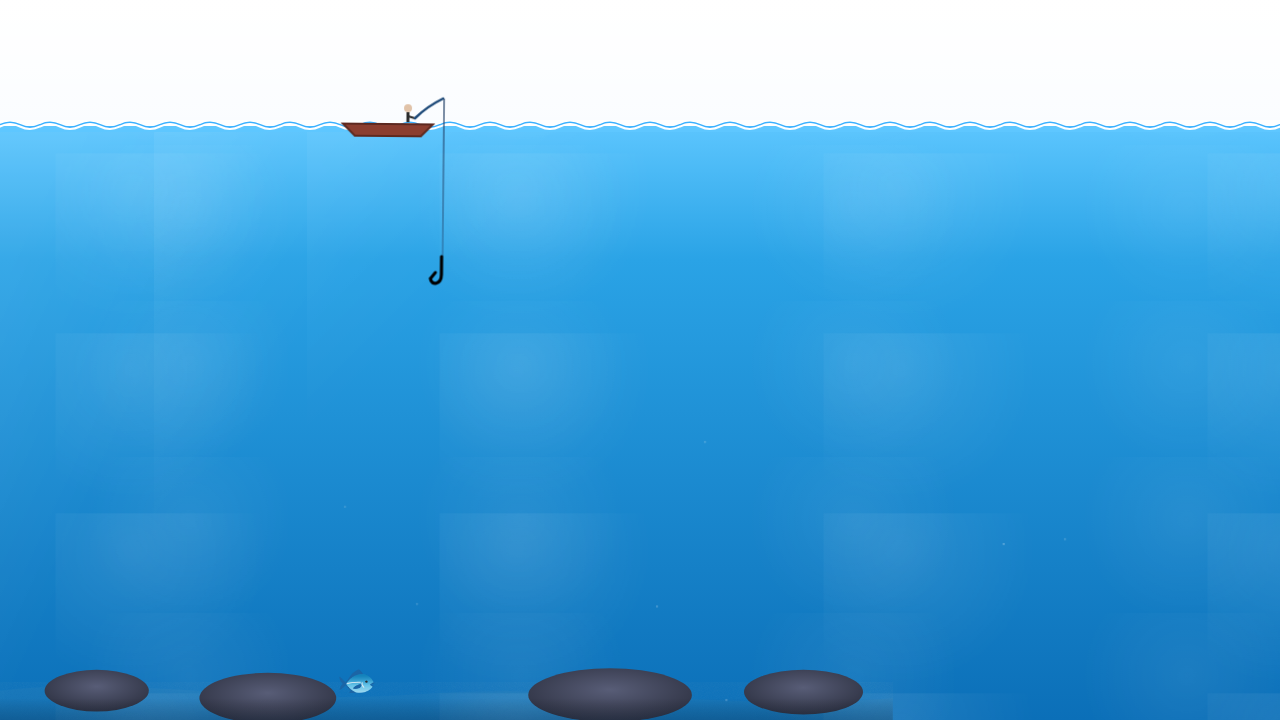
Repository: DeepFriedTurkey441/fd_game_project
Page: index.html
These files come from the project's save history. The page is drawn as it stood at one moment and after the next save; the edit follows.
The browser window is 1280 px wide. The pictures show the whole page.

Above is the page before, as saved 2025-09-23 09:09:02.

### index.html
<!DOCTYPE html>
<html lang="en">
<head>
  <meta charset="UTF-8">
  <title>Fish Dodge</title>
  <link rel="stylesheet" href="style.css">
</head>
<body>
  <div id="game">
    <div id="air" aria-hidden="true"></div>
    <div id="waterline" aria-hidden="true"></div>
    <!-- Decorative background layers (non-interactive) -->
    <div id="light-rays" aria-hidden="true"></div>
    <div id="caustics" aria-hidden="true"></div>
    <!-- Realistic aquarium background (SVG) built from reusable symbols -->
    <svg id="aquarium-bg" viewBox="0 0 1200 600" preserveAspectRatio="none" aria-hidden="true">
      <defs>
        <!-- gradients -->
        <linearGradient id="sandGrad" x1="0" y1="0" x2="0" y2="1">
          <stop offset="0%" stop-color="#f8ebc9"/>
          <stop offset="60%" stop-color="#e7d2a2"/>
          <stop offset="100%" stop-color="#c6a773"/>
        </linearGradient>
        <radialGradient id="rockGrad" cx="50%" cy="40%" r="60%">
          <stop offset="0%" stop-color="#585d77"/>
          <stop offset="100%" stop-color="#303445"/>
        </radialGradient>
        <linearGradient id="leafGreen" x1="0" y1="1" x2="0" y2="0">
          <stop offset="0%" stop-color="#008c3b"/>
          <stop offset="55%" stop-color="#00e676"/>
          <stop offset="100%" stop-color="#a8ffbf"/>
        </linearGradient>
        <linearGradient id="leafRed" x1="0" y1="1" x2="0" y2="0">
          <stop offset="0%" stop-color="#b00020"/>
          <stop offset="55%" stop-color="#ff1744"/>
          <stop offset="100%" stop-color="#ffd1d1"/>
        </linearGradient>
        <linearGradient id="leafPurple" x1="0" y1="1" x2="0" y2="0">
          <stop offset="0%" stop-color="#5a00d1"/>
          <stop offset="55%" stop-color="#d500f9"/>
          <stop offset="100%" stop-color="#ffd6ff"/>
        </linearGradient>
        <!-- subtle sand grain -->
        <filter id="grain" x="-10%" y="-10%" width="120%" height="120%">
          <feTurbulence type="fractalNoise" baseFrequency="0.9" numOctaves="2" result="noise"/>
          <feColorMatrix type="saturate" values="0" in="noise" result="gn"/>
          <feBlend in="SourceGraphic" in2="gn" mode="multiply"/>
          <feComponentTransfer>
            <feFuncA type="linear" slope="0.06"/>
          </feComponentTransfer>
        </filter>
        <!-- plant blade symbol (curved) -->
        <symbol id="plantBlade" viewBox="0 0 20 200">
          <path d="M10 200 C 14 130, 4 90, 12 40 C 14 26, 8 14, 10 0" fill="none" stroke="url(#leafGreen)" stroke-width="4" stroke-linecap="round"/>
        </symbol>
        <!-- broad leaf symbol -->
        <symbol id="leafBroad" viewBox="0 0 30 200">
          <path d="M15 200 C 28 130, 8 90, 26 40 C 22 20, 16 10, 15 0 C 14 10, 8 20, 4 40 C 12 90, -2 130, 15 200 Z" fill="url(#leafPurple)"/>
        </symbol>
        <!-- red leaf symbol -->
        <symbol id="leafRedSym" viewBox="0 0 26 200">
          <path d="M13 200 C 22 120, 6 90, 20 40 C 18 18, 14 8, 13 0 C 12 8, 8 18, 6 40 C 10 90, 2 120, 13 200 Z" fill="url(#leafRed)"/>
        </symbol>
      </defs>
      <!-- sand with gentle curvature and grain -->
      <path d="M0 560 C 180 540, 360 580, 560 565 C 780 548, 980 590, 1200 570 L 1200 600 L 0 600 Z" fill="url(#sandGrad)" filter="url(#grain)"/>
      <!-- rocks with gradient and shadow -->
      <g>
        <ellipse cx="130" cy="560" rx="70" ry="28" fill="url(#rockGrad)"/>
        <ellipse cx="360" cy="570" rx="92" ry="34" fill="url(#rockGrad)"/>
        <ellipse cx="820" cy="566" rx="110" ry="36" fill="url(#rockGrad)"/>
        <ellipse cx="1080" cy="562" rx="80" ry="30" fill="url(#rockGrad)"/>
      </g>
      <!-- dynamic plant clusters populated by script -->
      <g id="plants" transform="translate(0,0)"></g>
      <!-- bottom vignette (soft fade, no hard cutoff) -->
      <linearGradient id="bottomFog" x1="0" y1="0" x2="0" y2="1">
        <stop offset="0%" stop-color="rgba(0,0,0,0)"/>
        <stop offset="100%" stop-color="rgba(0,25,50,0.22)"/>
      </linearGradient>
      <rect x="0" y="570" width="1200" height="30" fill="url(#bottomFog)"/>
    </svg>
    <div class="boat" aria-label="small fishing boat" title="Fishing boat" style="left: 26vw;">
      <svg viewBox="0 0 120 60" xmlns="http://www.w3.org/2000/svg" aria-hidden="true">
        <!-- hull -->
        <path d="M10 40 L100 40 L88 52 L22 52 Z" fill="#8b3e2f" stroke="#5e291f" stroke-width="2"/>
        <!-- fisherman (simple) -->
        <circle cx="75" cy="24" r="4" fill="#e0c2a8"/>
        <path id="arm" d="M75 28 L75 38" stroke="#2b2b2b" stroke-width="3"/>
        <path id="rod" d="M75 32 L82 34" stroke="#2b2b2b" stroke-width="2"/>
        <!-- fishing rod (angled out over water) -->
        <path d="M82 34 Q 94 22 110 14" stroke="#1f4b7a" stroke-width="2.5" fill="none" stroke-linecap="round"/>
      </svg>
      <div class="line" aria-hidden="true"></div>
      <svg class="hook" aria-hidden="true" viewBox="0 0 24 36">
        <!-- J‑shaped hook: black stroke, no fill -->
        <path d="M16 2 V20 C16 30 6 32 5 24" fill="none" stroke="#000" stroke-width="3.2" stroke-linecap="round"/>
        <!-- Barb -->
        <path d="M6 23 L10 18" fill="none" stroke="#000" stroke-width="3" stroke-linecap="round"/>
      </svg>
    </div>
    <div id="fish" aria-label="fish"><span class="sprite" aria-hidden="true">🐟</span></div>
    <!-- Soft ambient bubbles -->
    <div id="bubbles" aria-hidden="true"></div>
  </div>
  <script src="script.js"></script>
</body>
</html>

### style.css
/* Basic starter styling */
body {
    margin: 0;
    font-family: sans-serif;
    background-color: #0a3454;
    color: #fff;
  }

#game {
    position: relative;
    width: 100vw;
    height: 100vh;
    overflow: hidden;
    background: linear-gradient(#f9fbff 0%, #eaf3ff 16.66%, #5ec7ff 16.66%, #2aa3e6 36%, #0b6fb8 100%);
  }

/* Air overlay (top 1/6) to ensure a whitish sky */
#air {
    position: absolute;
    left: 0; right: 0;
    top: 0;
    /* Extend slightly past the waterline so crests have white behind them */
    height: calc(100vh / 6 + 12px);
    background: linear-gradient(to bottom, rgba(255,255,255,0.98), rgba(255,255,255,0.75));
    z-index: 1;
    pointer-events: none;
  }

/* Waterline at 1/6 of the viewport height from the top */
#waterline {
    position: absolute;
    left: 0; right: 0;
    top: calc(100vh / 6);
    height: 12px;
    z-index: 2;
    pointer-events: none;
    /* Squiggly wave on top of a 2-color band: white above, light blue below */
    background:
      url("data:[embedded picture, 376 characters]") repeat-x center,
      linear-gradient(to bottom, rgba(255,255,255,0.98) 0%, rgba(255,255,255,0.98) 50%, rgba(94,199,255,1) 50%, rgba(94,199,255,1) 100%);
    background-size: 80px 12px, 100% 100%;
  }

/* Boat at surface */
  .boat {
    position: absolute;
    top: calc(100vh / 6 - 34px); /* float a bit higher above ripple */
    width: 120px; height: 60px;
    transform-origin: 50% 50%;
    animation: bob 3.2s ease-in-out infinite;
    z-index: 6; /* above reefs; fish swims under */
    pointer-events: none;
  }
  .boat svg { width: 100%; height: 100%; display: block; }
  /* (reverted) */

/* Realistic aquarium background container */
#aquarium-bg { position:absolute; left:0; right:0; bottom:0; height: 62vh; z-index:1; pointer-events:none; }
/* Plant sway animations */
.sway { animation: sway 6s ease-in-out infinite; transform-origin: 50% 100%; }
.sway.slow { animation-duration: 8.5s; }
.sway.fast { animation-duration: 4.5s; }
@keyframes sway {
  0% { transform: rotate(0deg); }
  25% { transform: rotate(2.2deg); }
  50% { transform: rotate(-2.8deg); }
  75% { transform: rotate(1.6deg); }
  100% { transform: rotate(0deg); }
}

/* God-rays */
#light-rays { position: absolute; left:0; right:0; top: calc(100vh/6); bottom:0; pointer-events:none; z-index:1;
  background:
    linear-gradient(115deg, rgba(255,255,255,0.12) 10%, rgba(255,255,255,0.0) 35%) 0 0/40% 100% no-repeat,
    linear-gradient(125deg, rgba(255,255,255,0.10) 8%, rgba(255,255,255,0.0) 32%) 20% 0/40% 100% no-repeat,
    linear-gradient(135deg, rgba(255,255,255,0.08) 6%, rgba(255,255,255,0.0) 28%) 40% 0/40% 100% no-repeat;
  mix-blend-mode: screen;
  opacity: 0.5;
}

/* Caustic shimmer */
#caustics { position:absolute; left:0; right:0; top: calc(100vh/6); bottom:0; pointer-events:none; z-index:1;
  background: radial-gradient(circle at 20% 20%, rgba(255,255,255,0.08) 0%, rgba(255,255,255,0) 40%) 0 0/30% 30% repeat,
              radial-gradient(circle at 70% 40%, rgba(255,255,255,0.06) 0%, rgba(255,255,255,0) 42%) 0 0/26% 26% repeat;
  animation: causticDrift 18s linear infinite;
}
@keyframes causticDrift {
  0% { background-position: 0 0, 0 0; }
  100% { background-position: 200px 120px, -160px 90px; }
}

/* Seafloor gradient to deepen bottom */
#seafloor { position:absolute; left:0; right:0; bottom:0; height: 16vh; pointer-events:none; z-index:1;
  background: linear-gradient(to bottom, rgba(0,0,0,0) 0%, rgba(0,0,0,0.25) 100%);
}
  .boat .line {
    position: absolute;
    left: 110px; /* exact rod tip in SVG coords */
    top: 14px;
    width: 2px;
    height: calc(100vh - (100vh / 6)); /* down to bottom */
    background: linear-gradient(to bottom, rgba(30,60,100,0.6), rgba(30,60,100,0.3));
    transform-origin: top;
    z-index: 4; /* between reefs and fish */
  }
  .boat .hook {
    position: absolute;
    left: 100px; /* adjusted for SVG viewBox */
    top: 14px;
    width: 24px; height: 36px;
    z-index: 5;
    display: block;
  }
  .boat .hook path { vector-effect: non-scaling-stroke; }

@keyframes bob {
  0%   { transform: translateY(0) rotate(-0.6deg); }
  50%  { transform: translateY(-2px) rotate(0.6deg); }
  100% { transform: translateY(0) rotate(-0.6deg); }
}

#fish {
    position: absolute;
    left: 24px;
    top: 50vh;
    transform: translateY(-50%);
    font-size: 32px;
    line-height: 1;
    user-select: none;
    z-index: 5;
  }
/* Ambient bubbles */
#bubbles { position:absolute; left:0; right:0; top: calc(100vh/6); bottom:0; pointer-events:none; z-index:2; }
#bubbles::before, #bubbles::after { content:""; position:absolute; left:10%; bottom:6vh; width:2px; height:2px; background:transparent;
  box-shadow:  0 0 0 0 rgba(255,255,255,0.7),
               40vw 10vh 0 0 rgba(255,255,255,0.6),
               20vw 30vh 0 0 rgba(255,255,255,0.5),
               65vw 22vh 0 0 rgba(255,255,255,0.6),
               80vw 12vh 0 0 rgba(255,255,255,0.5),
               15vw 18vh 0 0 rgba(255,255,255,0.5);
  animation: bubbleUp 8s linear infinite;
}
#bubbles::after { left:35%; animation-duration: 12s; opacity:0.8; }
@keyframes bubbleUp {
  0% { transform: translateY(0) scale(1); opacity: 0.0; }
  10% { opacity: 0.6; }
  100% { transform: translateY(-70vh) scale(1.2); opacity: 0; }
}
  #fish .sprite { display: inline-block; font-size: 32px; width: 1em; height: 1em; }
  /* Emoji orientation mappings */
  /* Most platforms render 🐟 facing left by default (head on left). */
  #fish .face-left { transform: scaleX(1); }
  #fish .face-right { transform: scaleX(-1); }

### script.js
// Fish movement prototype: slow downward drift, space = up/forward, 3 speeds (←/→)
(function () {
  const fish = document.getElementById('fish');
  const sprite = fish ? fish.querySelector('.sprite') : null;
  const boat = document.querySelector('.boat');
  const lineEl = boat ? boat.querySelector('.line') : null;
  const hookEl = boat ? boat.querySelector('.hook') : null;
  const plantsGroup = document.querySelector('#aquarium-bg #plants');
  // (reverted) no rod group rotation
  const armPath = boat ? boat.querySelector('#arm') : null;
  const rodPath = boat ? boat.querySelector('#rod') : null;
  if (!fish) return;

  // Ensure fish faces right
  // using CSS flip on child span; no need to set text here

  const BASE_SPEEDS = [1, 3, 6];
  let speedIndex = 0;
  let dir = 1; // 1 = left→right, -1 = right→left
  let speed = BASE_SPEEDS[speedIndex]; // signed pixels/frame after scaling

  let x = 24;
  let y = window.innerHeight * 0.5;
  let vy = 0;
  let spacePressed = false;
  let paused = false;
  function getFishHalfHeight() {
    try {
      const rect = (sprite || fish).getBoundingClientRect();
      return Math.max(8, (rect.height || 32) / 2);
    } catch (_) {
      return 16; // fallback for early frames
    }
  }

  // Tunables
  function scale() { return Math.max(0.8, Math.min(2.0, window.innerWidth / 1200)); }
  function gravity() { return 0.12 * scale(); } // slow drift downward
  function maxFall() { return 3.0 * scale(); }
  function maxRise() { return -4.0 * scale(); }

  function wrapX(nx) {
    const w = window.innerWidth;
    if (nx > w) return nx - w;
    if (nx < 0) return nx + w;
    return nx;
  }

  function updateSpeed() {
    speed = dir * (BASE_SPEEDS[speedIndex] * scale());
    // Update facing based on direction
    if (sprite) {
      if (dir === 1) {
        sprite.classList.remove('face-left');
        sprite.classList.add('face-right');
      } else {
        sprite.classList.remove('face-right');
        sprite.classList.add('face-left');
      }
    }
  }

  function loop() {
    if (paused) { requestAnimationFrame(loop); return; }
    // Horizontal progress
    x = wrapX(x + speed);

    // Vertical physics
    if (spacePressed) {
      vy = Math.max(maxRise(), vy - 0.45 * scale());
    } else {
      vy = Math.min(maxFall(), vy + gravity());
    }
    // Compute waterline as top at 1/6 viewport height
    const waterlineY = window.innerHeight / 6;
    // Keep the fish's center at least one pixel below the waterline + half its height
    const halfH = getFishHalfHeight();
    const topClamp = Math.max(0, waterlineY + halfH + 1);
    const bottomClamp = window.innerHeight - 40;
    y = Math.max(topClamp, Math.min(bottomClamp, y + vy));

    // Render
    fish.style.left = x + 'px';
    fish.style.top = y + 'px';

    // Simple jig animation for hook: hold near bottom, then hop upward irregularly
    animateHook();

    requestAnimationFrame(loop);
  }

  // --- Populate plant clusters to fill width ---
  function createUse(href, attrs) {
    const el = document.createElementNS('http://www.w3.org/2000/svg', 'use');
    el.setAttributeNS('http://www.w3.org/1999/xlink', 'href', href);
    for (const [k, v] of Object.entries(attrs)) el.setAttribute(k, String(v));
    return el;
  }
  function addCluster(x) {
    const g = document.createElementNS('http://www.w3.org/2000/svg', 'g');
    g.setAttribute('transform', `translate(${x},0)`);
    g.appendChild(createUse('#plantBlade', { x: 0, y: 398, class: 'sway' }));
    g.appendChild(createUse('#leafBroad', { x: 24, y: 390, class: 'sway fast' }));
    g.appendChild(createUse('#leafRedSym', { x: 58, y: 390, class: 'sway' }));
    g.appendChild(createUse('#plantBlade', { x: 86, y: 404, class: 'sway slow' }));
    plantsGroup.appendChild(g);
  }
  function layoutPlants() {
    if (!plantsGroup) return;
    while (plantsGroup.firstChild) plantsGroup.removeChild(plantsGroup.firstChild);
    // approximate cluster width ~120px; add one off-screen left and right to avoid clipping
    const viewWidth = 1200; // SVG viewBox width
    const clusterW = 120;
    const start = -clusterW; // begin slightly off-left
    for (let x = start; x <= viewWidth; x += clusterW) addCluster(x);
  }

  // --- Fishing line + hook motion ---
  let hookState = { phase: 'drop', targetY: 0, lastChange: 0 };
  // (reverted) no cast state
  const FEATURES = {
    casting: (new URL(location.href).searchParams.get('cast') === '1') ||
             (localStorage.getItem('fd_casting') === '1')
  };
  document.addEventListener('keydown', e => {
    if (e.key === 'C') {
      FEATURES.casting = !FEATURES.casting;
      localStorage.setItem('fd_casting', FEATURES.casting ? '1' : '0');
      location.reload();
    }
  });

  // Dynamic grouping for casting when flag is ON
  let rodGroup = null;
  if (boat && FEATURES.casting && armPath && rodPath) {
    try {
      const svg = boat.querySelector('svg');
      rodGroup = document.createElementNS('http://www.w3.org/2000/svg', 'g');
      rodGroup.setAttribute('id', 'rodGroup');
      rodGroup.appendChild(armPath);
      rodGroup.appendChild(rodPath);
      svg.insertBefore(rodGroup, svg.firstChild.nextSibling);
      rodGroup.style.transformOrigin = '75px 32px';
    } catch (_) { rodGroup = null; }
  }
  function animateHook() {
    if (!lineEl || !hookEl) return;
    const now = performance.now();
    const waterTop = window.innerHeight / 6;
    const bottom = window.innerHeight - 4;
    // Anchor positions at rod tip in page coords
    const boatRect = boat.getBoundingClientRect();
    const rodTip = { x: boatRect.left + 110, y: boatRect.top + 14 };
    // Hook SVG geometry (viewBox 0 0 24 36): eye at roughly (16, 2)
    const HOOK_EYE_X = 16; // px within SVG
    const HOOK_EYE_Y = 2;  // px within SVG
    if (hookState.phase === 'drop') {
      // Ensure line spans to bottom and hook sits near bottom
      lineEl.style.height = (bottom - rodTip.y) + 'px';
      // Position hook so its eye aligns with the line X and starts at bottom
      hookEl.style.left = (rodTip.x - boatRect.left - HOOK_EYE_X) + 'px';
      hookEl.style.top = (rodTip.y - boatRect.top + (bottom - rodTip.y) - (HOOK_EYE_Y + 2)) + 'px';
      hookState.phase = 'jig';
      hookState.lastChange = now;
      hookState.targetY = bottom - 30;
      // Trigger a one-time cast animation when flag is ON
      if (FEATURES.casting) startCast(now);
      return;
    }
    // Jigging: random small upward hops, then fall back
    const hookRect = hookEl.getBoundingClientRect();
    const hookY = hookRect.top + hookRect.height / 2;
    if (now - hookState.lastChange > 600 + Math.random() * 600) {
      hookState.targetY = Math.max(waterTop + 60, hookY - (30 + Math.random() * 60));
      hookState.lastChange = now;
    }
    // Move toward targetY smoothly
    const dy = (hookState.targetY - hookY) * 0.14;
    const newTop = hookY + dy;
    const maxTop = bottom - 12;
    const clampedTop = Math.min(maxTop, Math.max(waterTop + 40, newTop));
    // Position hook (absolute within boat) using page→boat coordinates
    const newHookTop = clampedTop - hookRect.height / 2;
    // Keep hook horizontally anchored so the eye stays on the line
    hookEl.style.left = (rodTip.x - boatRect.left - HOOK_EYE_X) + 'px';
    hookEl.style.top = (newHookTop - boatRect.top) + 'px';

    // Reel-in effect: simply shorten the line element height to the hook
    const hookEyePageY = (newHookTop + HOOK_EYE_Y); // page Y for hook eye
    const visibleHeight = Math.max(0, hookEyePageY - rodTip.y);
    lineEl.style.height = visibleHeight + 'px';

    if (FEATURES.casting) stepCast(now);
  }
  // --- Casting (guarded by feature flag) ---
  let hasCastOnce = false;
  let castPhase = 'idle';
  let castStartAt = 0;
  function getBoatSectionIndex() {
    const sections = 10;
    const boatRect = boat.getBoundingClientRect();
    const centerX = boatRect.left + boatRect.width / 2;
    const w = window.innerWidth;
    return Math.min(sections - 1, Math.max(0, Math.floor((centerX / w) * sections)));
  }
  function startCast(now) {
    if (hasCastOnce || !rodGroup) return;
    const section = getBoatSectionIndex();
    if (section >= 8) return;
    hasCastOnce = true;
    castPhase = 'windup';
    castStartAt = now;
  }
  function stepCast(now) {
    if (castPhase === 'idle' || !rodGroup) return;
    const t = now - castStartAt;
    if (castPhase === 'windup') {
      const dur = 380, k = Math.min(1, t / dur);
      const angle = -35 * (1 - Math.pow(1 - k, 3));
      rodGroup.style.transform = `rotate(${angle}deg)`;
      if (k >= 1) { castPhase = 'forward'; castStartAt = now; }
    } else if (castPhase === 'forward') {
      const dur = 240, k = Math.min(1, t / dur);
      const angle = (-35) + 50 * (1 - Math.pow(1 - k, 3));
      rodGroup.style.transform = `rotate(${angle}deg)`;
      const section = getBoatSectionIndex();
      const w = window.innerWidth, sectionW = w / 10;
      const targetX = Math.min((section + 2 + 0.5) * sectionW, w - 20);
      const boatRect = boat.getBoundingClientRect();
      const curr = hookEl.getBoundingClientRect();
      const nx = (curr.left + (targetX - curr.left) * (1 - Math.pow(1 - k, 3))) - boatRect.left - 16;
      hookEl.style.left = `${nx}px`;
      if (k >= 1) { castPhase = 'settle'; castStartAt = now; }
    } else if (castPhase === 'settle') {
      const dur = 280, k = Math.min(1, t / dur);
      const angle = 15 - 15 * (1 - Math.pow(1 - k, 3));
      rodGroup.style.transform = `rotate(${angle}deg)`;
      if (k >= 1) { castPhase = 'idle'; rodGroup.style.transform = 'rotate(0deg)'; }
    }
  }

  document.addEventListener('keydown', (e) => {
    switch (e.key) {
      case ' ': // surge
        if (!spacePressed) {
          spacePressed = true;
          vy = Math.max(maxRise(), vy - 2.2 * scale());
          fish.style.transform = 'translateY(-50%) scale(1.04) rotate(-3deg)';
        }
        break;
      case 'p':
        paused = !paused;
        break;
      case 'ArrowRight':
        if (dir === 1) {
          // Already moving right: speed up until max
          speedIndex = Math.min(BASE_SPEEDS.length - 1, speedIndex + 1);
        } else {
          // Moving left: step down speed; if already at slowest, flip to right slow
          if (speedIndex > 0) {
            speedIndex -= 1;
          } else {
            dir = 1; // flip direction
            speedIndex = 0; // start at slowest in new direction
          }
        }
        updateSpeed();
        break;
      case 'ArrowLeft':
        if (dir === -1) {
          // Already moving left: speed up until max
          speedIndex = Math.min(BASE_SPEEDS.length - 1, speedIndex + 1);
        } else {
          // Moving right: step down speed; if already at slowest, flip to left slow
          if (speedIndex > 0) {
            speedIndex -= 1;
          } else {
            dir = -1; // flip direction
            speedIndex = 0; // start at slowest in new direction
          }
        }
        updateSpeed();
        break;
    }
  });
  document.addEventListener('keyup', (e) => {
    if (e.key === ' ') {
      spacePressed = false;
      fish.style.transform = 'translateY(-50%)';
    }
  });

  window.addEventListener('resize', () => {
    x = Math.min(x, window.innerWidth - 40);
    // Re-apply clamp relative to new waterline and fish size
    const waterlineY = window.innerHeight / 6;
    const halfH = getFishHalfHeight();
    const topClamp = Math.max(0, waterlineY + halfH + 1);
    const bottomClamp = window.innerHeight - 40;
    y = Math.max(topClamp, Math.min(bottomClamp, y));
    updateSpeed();
    // Recompute line length on resize
    if (lineEl && boat) {
      const bottom = window.innerHeight - 4;
      const boatRect = boat.getBoundingClientRect();
      const rodTipY = boatRect.top + 14;
      lineEl.style.height = (bottom - rodTipY) + 'px';
    }
  });

  // Init
  updateSpeed();
  // Ensure initial facing matches starting direction (right)
  if (sprite) { sprite.classList.add('face-right'); }
  loop();
})();

After the next save:
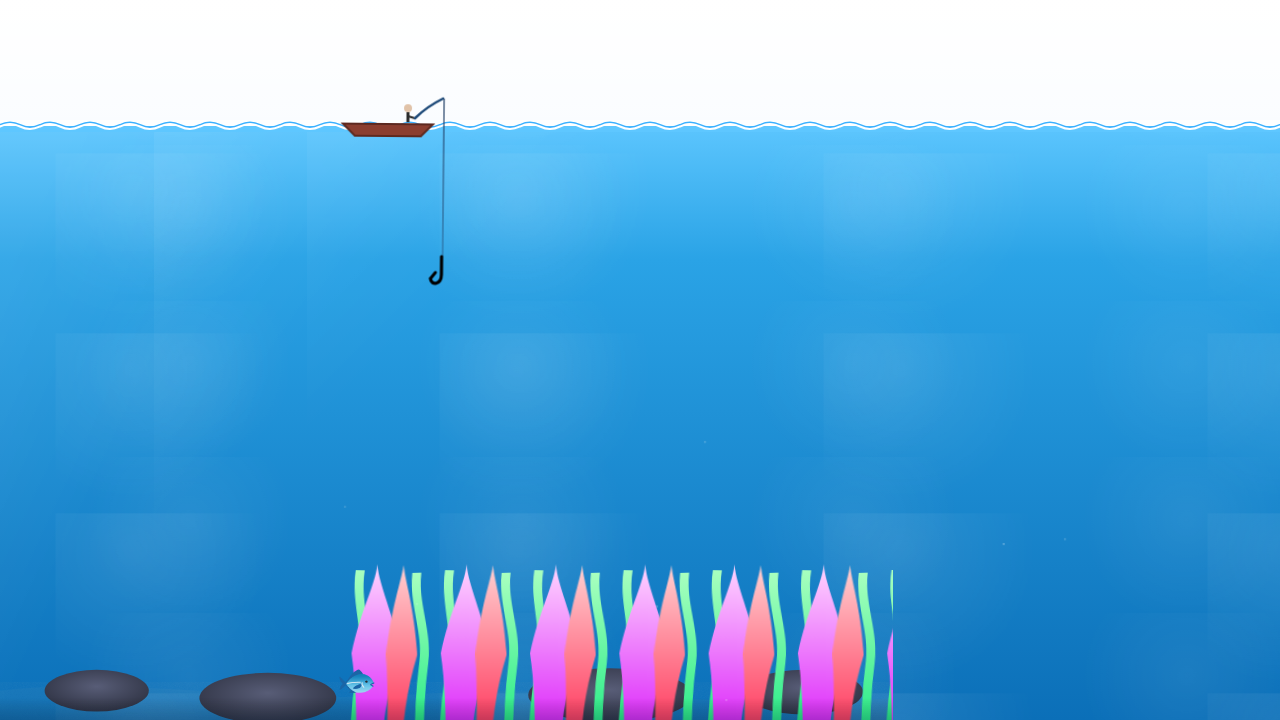
Saved 13 s later.
--- a/script.js
+++ b/script.js
@@ -310,6 +310,7 @@
 
   // Init
   updateSpeed();
+  layoutPlants();
   // Ensure initial facing matches starting direction (right)
   if (sprite) { sprite.classList.add('face-right'); }
   loop();
